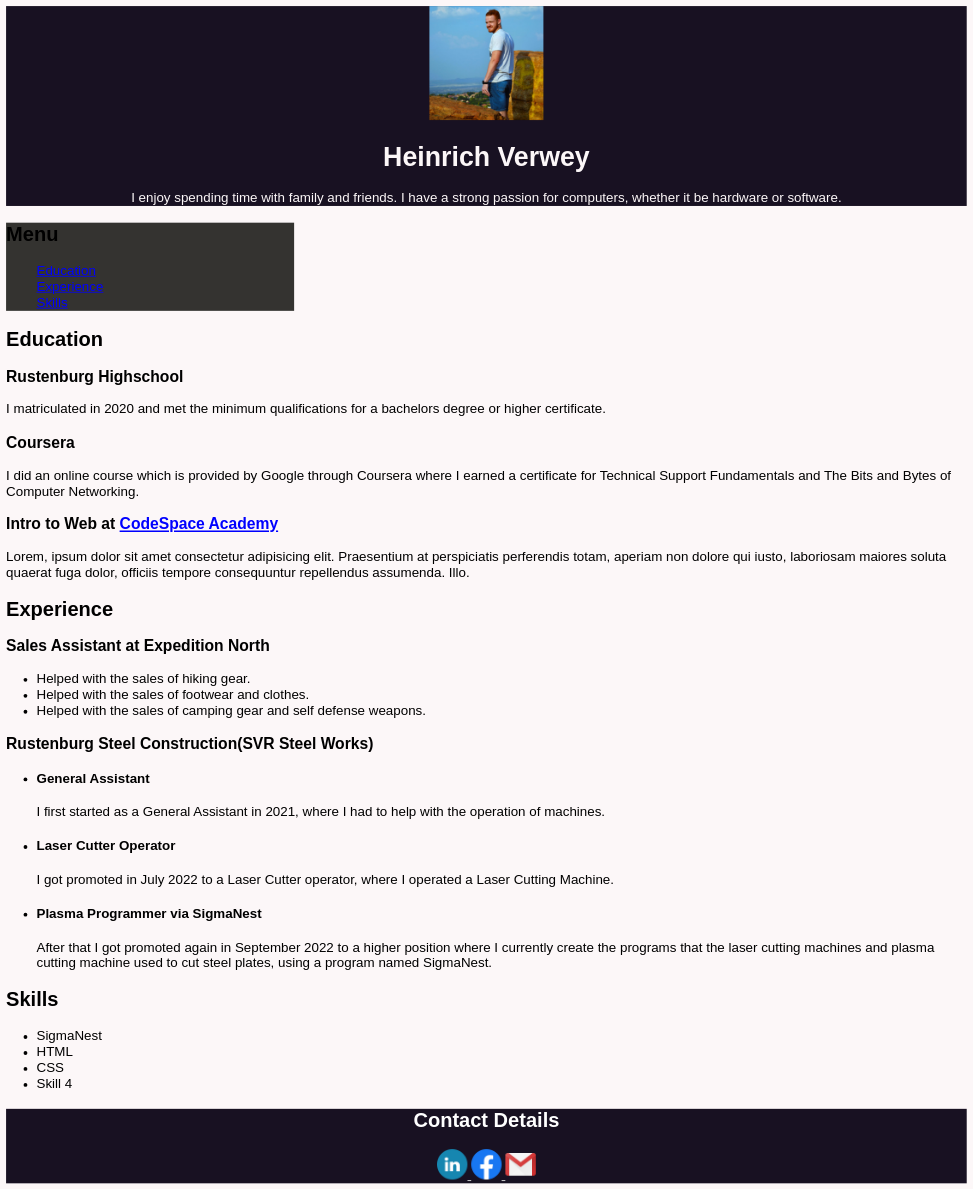
Repository: W3asl3y/IntroToWebDesign
Page: index.html
The author's editor kept a copy of each file at every save. The page is drawn from the files as they stood at one save, then again after the next save.
The browser window is 1280 px wide. The pictures show the whole page, at 76% of full size.

Above is the page before, as saved 2022-10-22 14:49:00.

### index.html
<!DOCTYPE html>
<html lang="en">
    <head>
        <meta charset="UTF-8">
        <meta http-equiv="X-UA-Compatible" content="IE=edge">
        <meta name="viewport" content="width=device-width, initial-scale=1.0">
        <title>
            My Resume
        </title>
        <link rel="stylesheet" type="text/css" href="css/stylesheet.css">
    </head>
    <body>
        <header id="heading">
            <img src="images/heinrich.jpg" alt="My profile picture" width="150px" >
            <h1>
                 Heinrich Verwey
            </h1>
            <p>
                I enjoy spending time with family and friends. I have a strong passion for computers, whether it be hardware or software.
            </p>
        </header>
        <main>
            <div id="sidebar">
                <nav>
                    <h2>
                        Menu
                    </h2>
                    <ul class="nav-menu">
                        <li>
                            <a href="#education"> Education </a>
                        </li>
                        <li>
                            <a href="#experience"> Experience </a>
                        </li>
                        <li>
                            <a href="#skills"> Skills </a>
                        </li>
                    </ul>
                </nav>
            </div>
            <div id="contents">
                <h2 id=education>
                    Education
                </h2>
                <h3>
                    Rustenburg Highschool
                </h3>
                <p>
                    I matriculated in 2020 and met the minimum qualifications for a bachelors degree or higher certificate.
                </p>
                <h3>
                    Coursera
                </h3>
                <p>
                    I did an online course which is provided by Google through Coursera where I earned a certificate for Technical Support Fundamentals and The Bits and Bytes of Computer Networking.
                </p>
                <h3>
                    Intro to Web at <a href="https://www.codespace.co.za/courses/frontend-web-development/">CodeSpace Academy</a>
                </h3>
                <p>
                    Lorem, ipsum dolor sit amet consectetur adipisicing elit. Praesentium at perspiciatis perferendis totam, aperiam non dolore qui iusto, laboriosam maiores soluta quaerat fuga dolor, officiis tempore consequuntur repellendus assumenda. Illo.
                </p>
                </h3>
                <h2 id="experience">
                    Experience
                </h2>
                <h3>
                    Sales Assistant at Expedition North
                </h3>
                <ul>
                    <li>
                        Helped with the sales of hiking gear.
                    </li>
                    <li>
                        Helped with the sales of footwear and clothes.
                    </li>
                    <li>
                        Helped with the sales of camping gear and self defense weapons.
                    </li>
                </ul>
                <h3>
                    Rustenburg Steel Construction(SVR Steel Works)
                </h3>
                <ul>
                    <li>
                        <h4>
                            General Assistant
                        </h4>
                            <p>
                                I first started as a General Assistant in 2021, where I had to help with the operation of machines.
                            </p>
                    </li>
                    <li>
                        <h4>
                            Laser Cutter Operator
                        </h4>
                            <p>
                                I got promoted in July 2022 to a Laser Cutter operator, where I operated a Laser Cutting Machine.
                            </p>
                    </li>
                    <li>
                        <h4>
                            Plasma Programmer via SigmaNest
                        </h4>
                            <p>
                                After that I got promoted again in September 2022 to a higher position where I currently create the programs that the laser cutting machines and plasma cutting machine used to cut steel plates, using a program named SigmaNest.
                            </p>
                    </li>
                </ul>
                <h2 id="skills">
                    Skills
                </h2>
                <ul>
                    <li>
                        SigmaNest
                    </li>
                    <li>
                        HTML
                    </li>
                    <li>
                        CSS
                    </li>
                    <li>
                        Skill 4
                    </li>
                </ul>
            </div>
        </main>
        <footer>
            <h2>
                Contact Details
            </h2>
                <a href="https://www.linkedin.com/in/heinrich-verwey-1627a7205/">
                    <img src="Images\LinkedIn.webp" alt="My LinkedIn" width="40px">
                </a>
                <a href="https://www.facebook.com/heinrich.verwey.79/">
                    <img src="Images\Facebook.webp" alt="LinkedIn" width="40px" alt=" My Facebook">
                </a>
                <a href="mailto:verwey41@gmail.com" target="_blank">
                    <img src="Images\Gmail.webp" width="40px" alt="My Email">
                </a>
        </footer>
    </body>
</html

### CSS/stylesheet.css
body{
     font-family: sans-serif;
     font-size:110%;
     background-color: #FCF7F8;
}

header {
     text-align: center;
    -webkit-text-fill-color: #FCF7F8;
     background-color: #181122;
}

#profile picture {

     width: 266.5px;
     height: 399.75px;
}

#sidebar {
    background-color: #343330;
    width: 30%  ;

}

.nav-menu {
     list-style: none;

}

a:link {
     color: blue;
}

a:visited {
     color: blue;
}

footer {
     background-color: #181122;
     text-align: center;
     -webkit-text-fill-color: white;
}

After the next save:
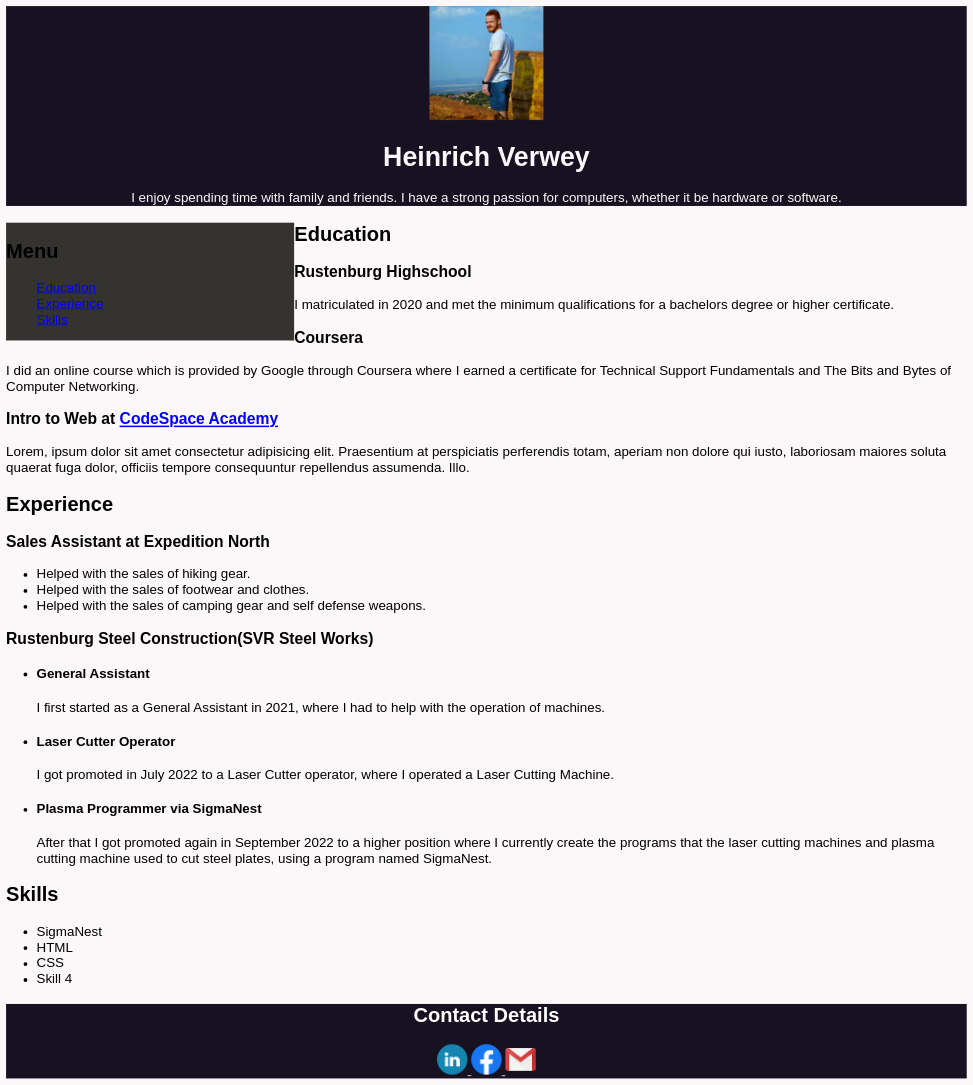
Saved 32 s later.
--- a/CSS/stylesheet.css
+++ b/CSS/stylesheet.css
@@ -10,16 +10,10 @@ header {
      background-color: #181122;
 }
 
-#profile picture {
-
-     width: 266.5px;
-     height: 399.75px;
-}
-
 #sidebar {
     background-color: #343330;
     width: 30%  ;
-
+    float: left;
 }
 
 .nav-menu {
